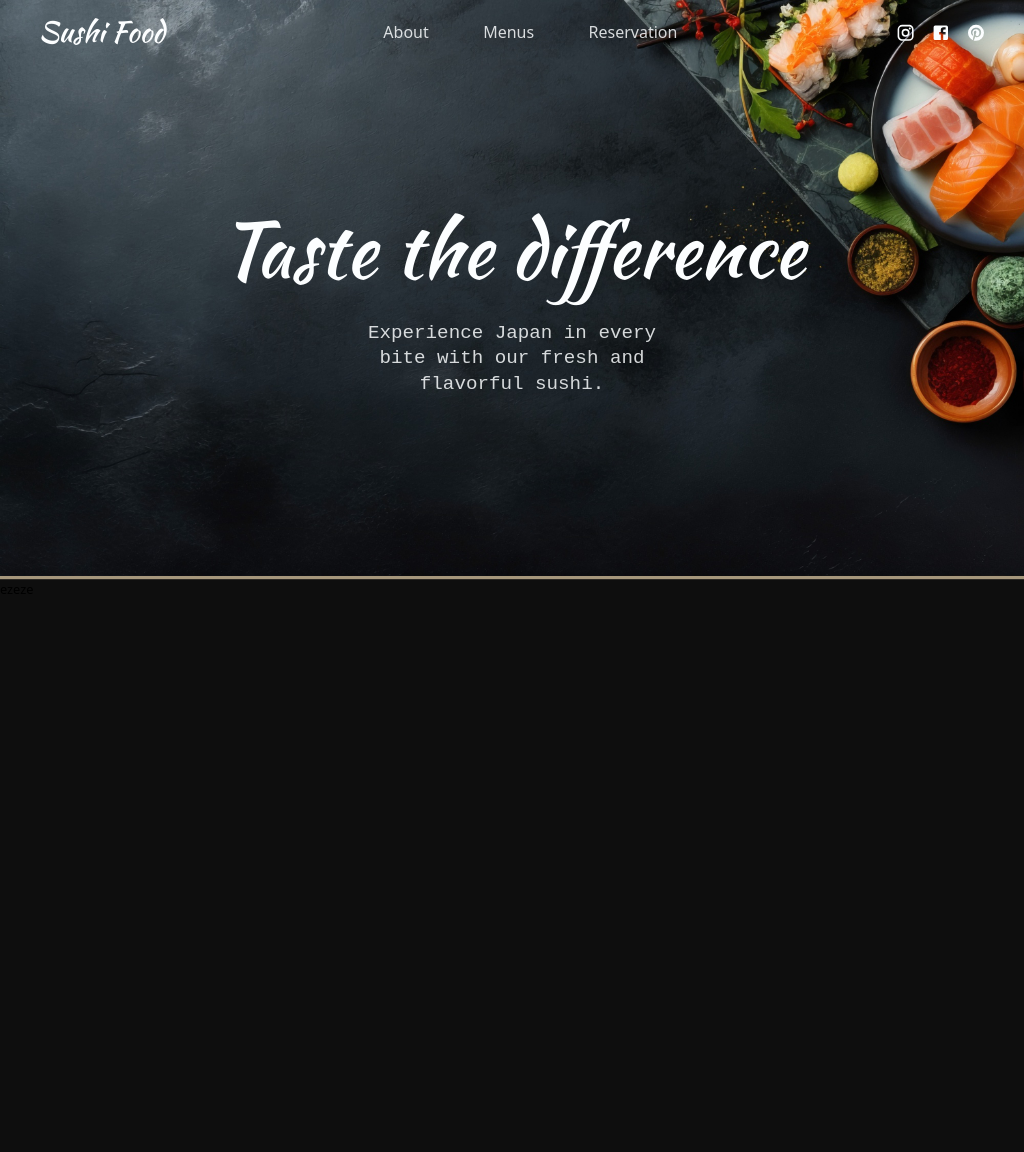
Repository: Adrien-legeleu/sushi-food
Page: /
The author's editor kept a copy of each file at every save. The page is drawn from the files as they stood at one save, then again after the next save.
The browser window is 1280 px wide. The pictures show the whole page, at 80% of full size.
Some web fonts or font styles are not loaded; a fallback is used. The project was rebuilt for these pictures with package versions that can differ from the ones it lists, and the page was loaded fresh each time. Also part of the build but not shown: vite.config.ts.

Above is the page before, as saved 2024-04-28 22:02:17.

After the next save:
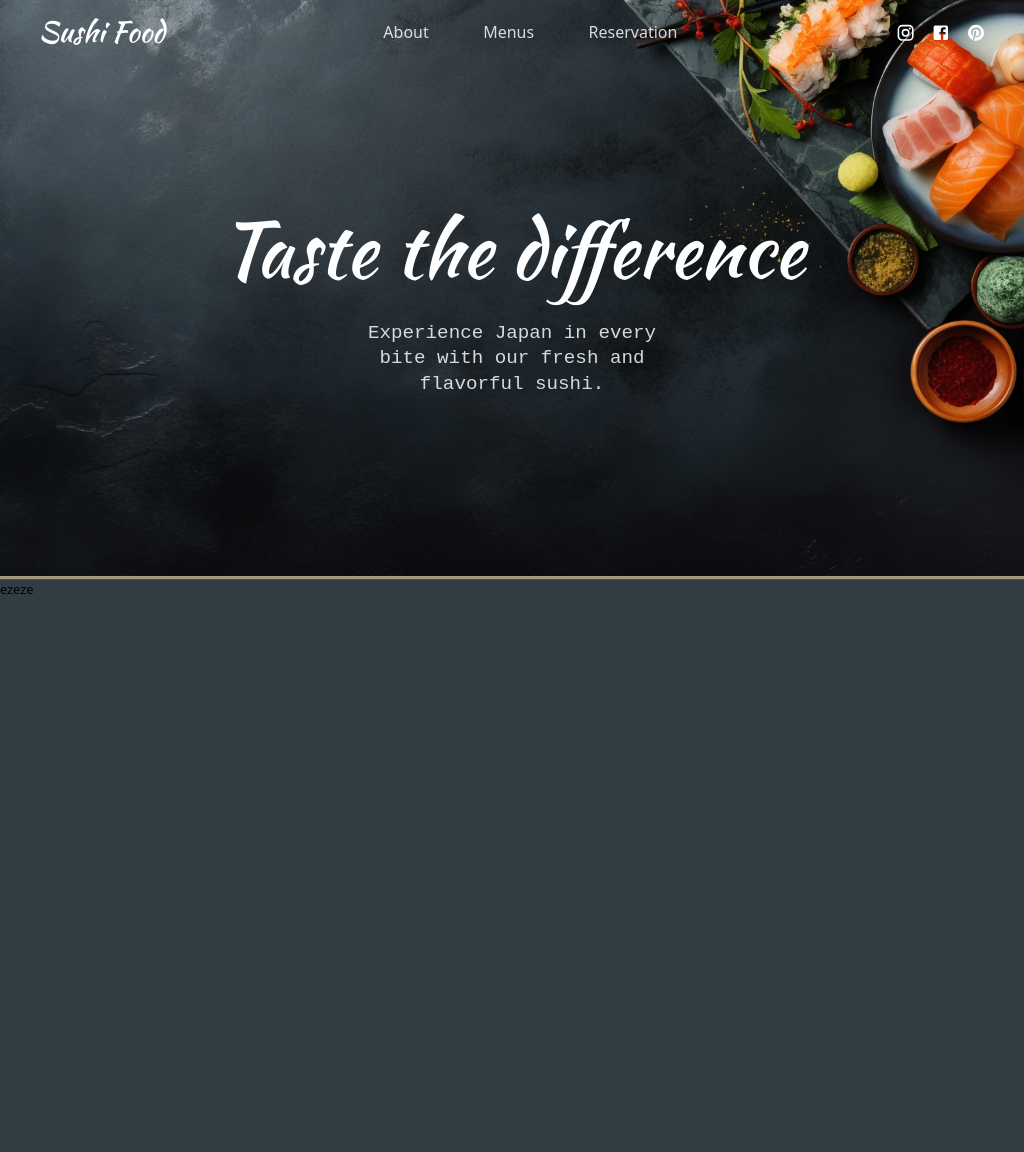
Saved 25 s later.
--- a/src/Components/About.tsx
+++ b/src/Components/About.tsx
@@ -1,6 +1,6 @@
 export const About =()=>{
     return(
-        <div className="h-screen w-full bg-[#0E0E0E] bg-cover bg-center border-t-4 border-green">
+        <div className="h-screen w-full bg-[#323D43] bg-cover bg-center border-t-4 border-green">
             <h4>ezeze</h4>
         </div>
     )
